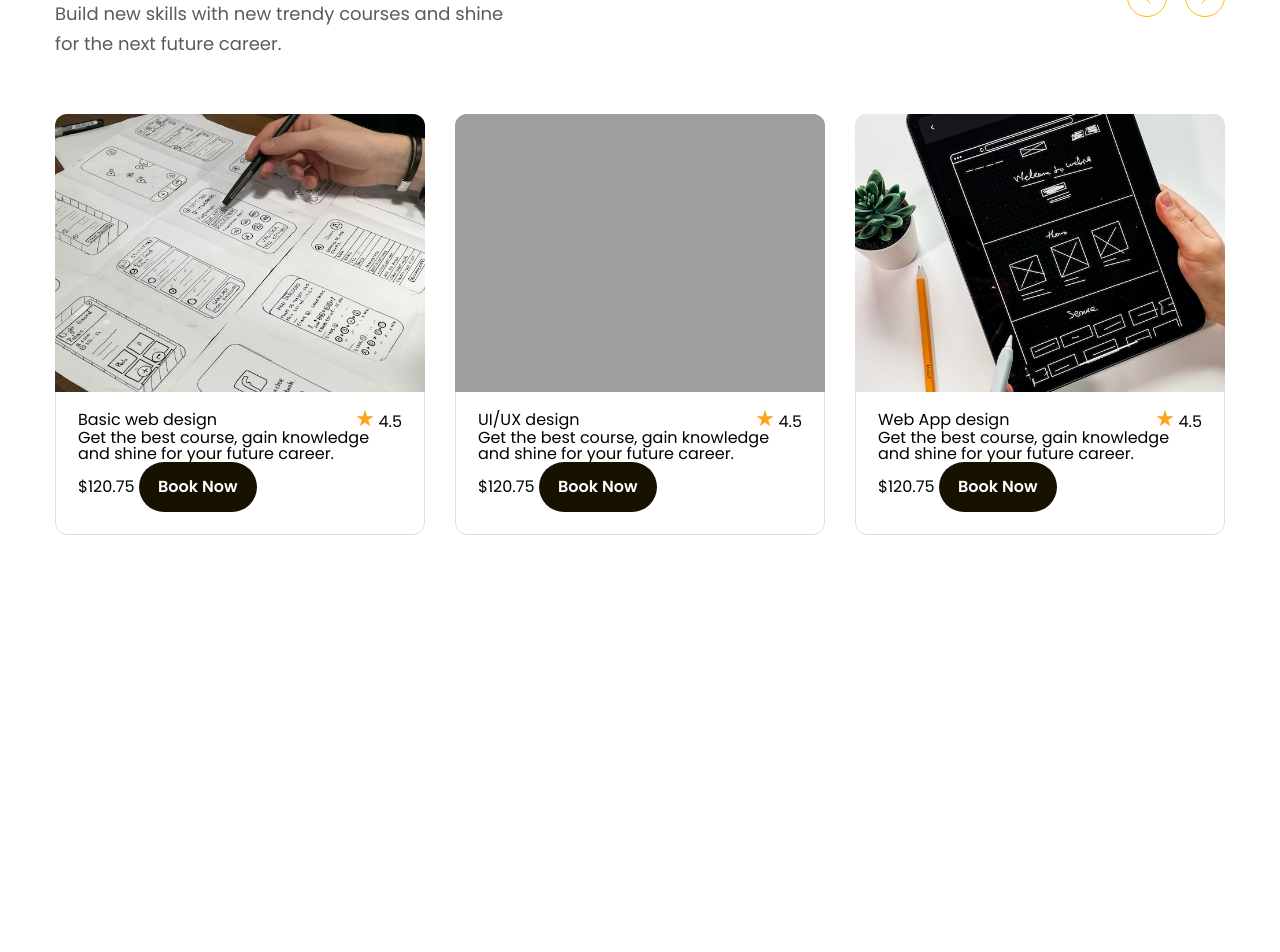
Repository: Tran-Dat/F8-Project-02
Page: index.html
These files come from the project's save history. The page is drawn as it stood at one moment and after a run of saves; the edit follows.
The browser window is 1280 px wide. The pictures show the part of the page from y = 1165 to 2117 px (the page is 3000 px tall).
Pictures or frames that could not be fetched are drawn as grey boxes. A picture or video elsewhere on the page could not be fetched, so the positions and the page height are approximate.

Above is the page before, as saved 2023-03-30 18:38:18.

After the next 2 saves:
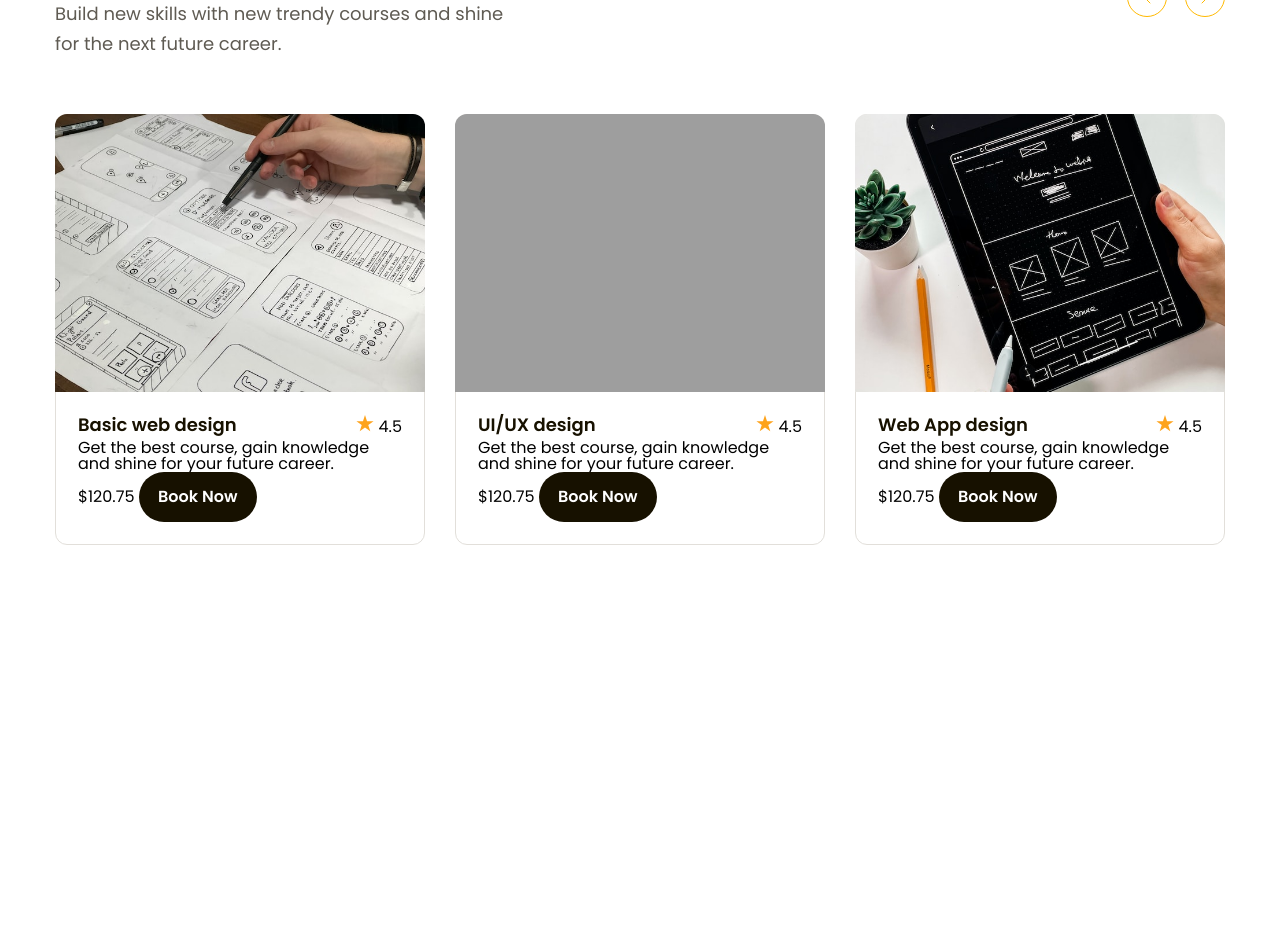
The 2 saves are shown as one change because they came seconds apart.
The last was saved 45 s later.
--- a/assets/css/styles.css
+++ b/assets/css/styles.css
@@ -344,3 +344,11 @@ a {
     align-items: center;
     justify-content: space-between;
 }
+
+.popular .course-item .title {
+    font-weight: 600;
+    font-size: 1.8rem;
+    line-height: 1.67;
+
+    color: #171100;
+}
